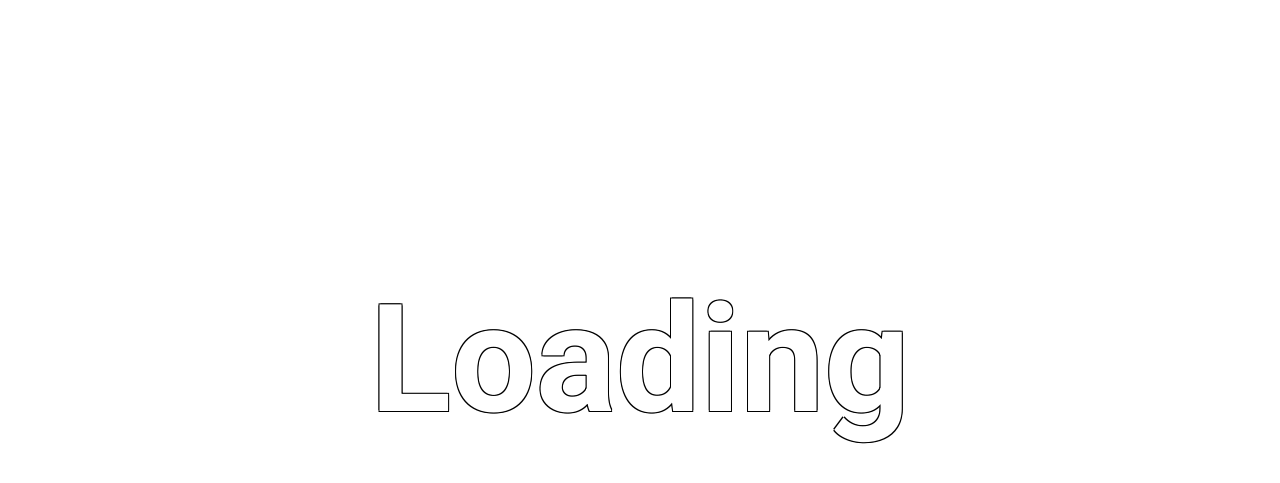
Repository: safak/animation
Page: index-4.html
The author's editor kept a copy of each file at every save. The page is drawn from the files as they stood at one save, then again after the next save.
The browser window is 1280 px wide. The pictures show the whole page.

Above is the page before, as saved 2020-12-17 00:35:38.

After the next save:
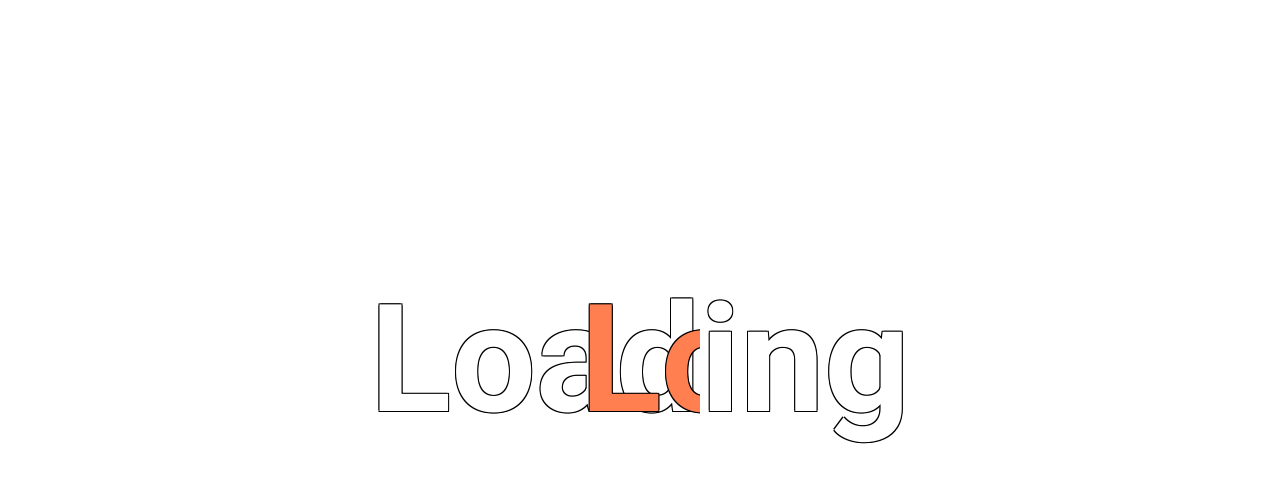
Saved 9 s later.
--- a/style.css
+++ b/style.css
@@ -165,7 +165,7 @@ h1::before {
   animation: move 4s ease-in infinite;
 }
 
-@keyframes {
+@keyframes move{
   100% {
     width: 100%;
   }
